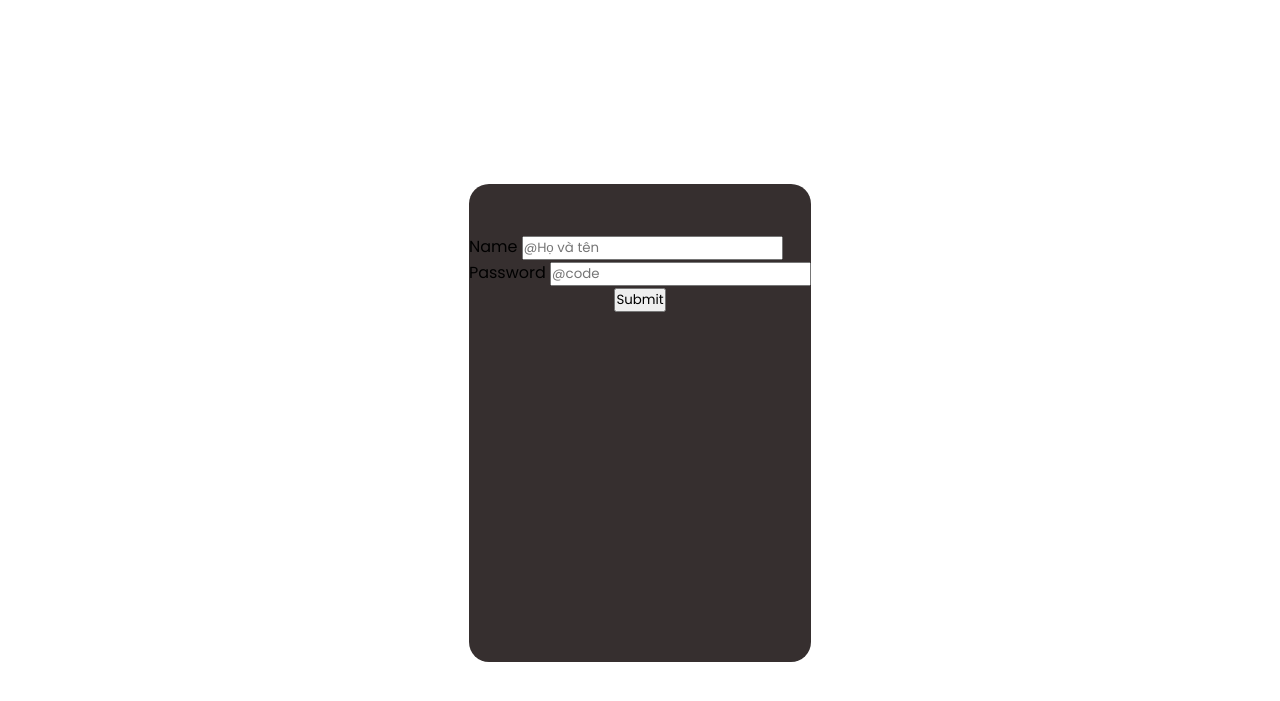
Repository: TruongVu299/Nhom21_NguyenThiNgocLam_DoTruongVu
Page: SourcesCode/index2.html
An editor plug-in stored every save of this project. The page is shown before and after the next save, followed by the edit.
The browser window is 1280 px wide. The pictures show the whole page.

Above is the page before, as saved 2023-04-22 02:55:25.

### SourcesCode/index2.html
<!DOCTYPE html>
<html lang="en">
<head>
    <meta charset="UTF-8">
    <meta http-equiv="X-UA-Compatible" content="IE=edge">
    <meta name="viewport" content="width=device-width, initial-scale=1.0">
    <title>Đăng nhập</title>
    <link rel="stylesheet" href="./style2.css">
</head>
<body>
    <div id="wrapper">
        <div class="h1">
            <label >Name</label>
            <input placeholder="@Họ và tên" >
        </div>
        <div class="h2">
            <label>Password</label>
            <input placeholder="@code" >
        </div>
        <div class="h3">
            <button >Submit</button>
        </div>
    </div>
</body>
</html>

### SourcesCode/style2.css
@import url('https://fonts.googleapis.com/css2?family=Poppins:ital,wght@0,400;0,500;0,600;1,200;1,400;1,500&display=swap');
*{
    padding:0;
    margin:0;
    box-sizing: border-box;
    font-family:'Poppins', sans-serif;
    cursor: pointer;
}
#wrapper {
    width:max-content;
    height: 478px;
    margin:0px auto;
    margin-top:184px;
    margin-bottom: 50px;
    background:#362f2f;
    border-radius: 20px;
    padding-top:50px;
}
#wrapper .h3 {
    text-align: center;
}

After the next save:
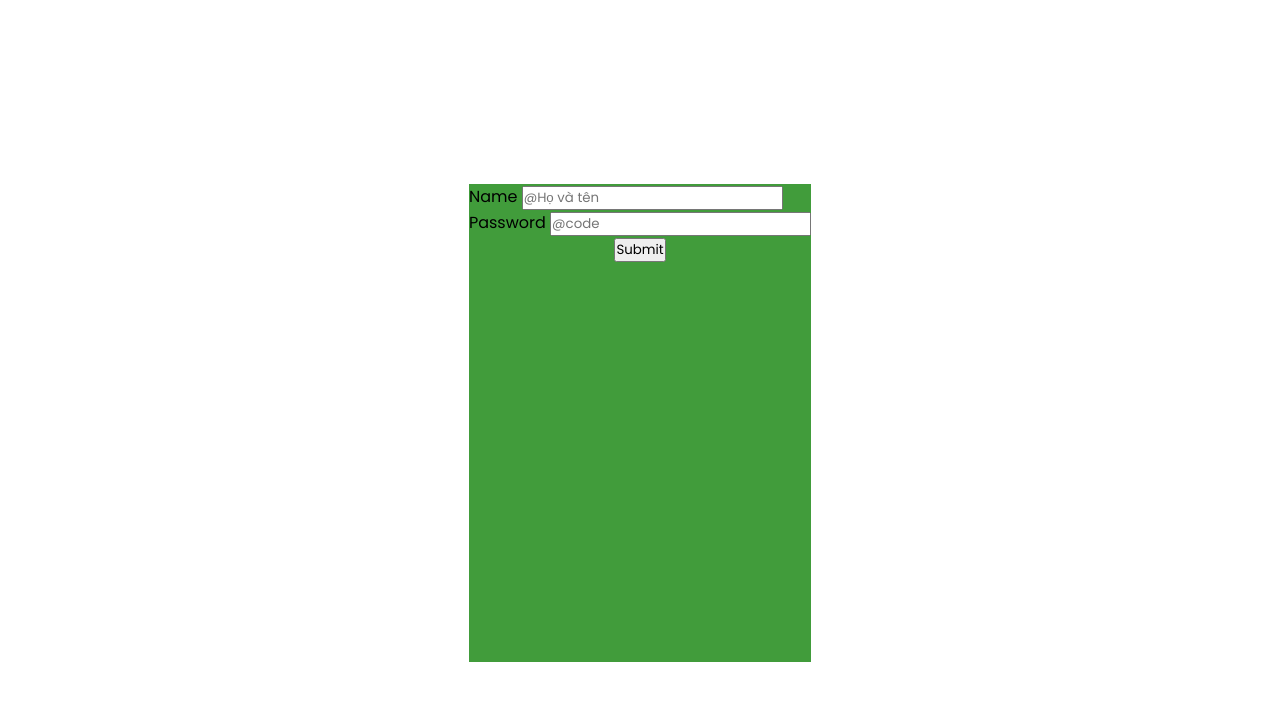
Saved 52 s later.
--- a/SourcesCode/style2.css
+++ b/SourcesCode/style2.css
@@ -12,9 +12,8 @@
     margin:0px auto;
     margin-top:184px;
     margin-bottom: 50px;
-    background:#362f2f;
-    border-radius: 20px;
-    padding-top:50px;
+    background:#419c3b;
+
 }
 #wrapper .h3 {
     text-align: center;
